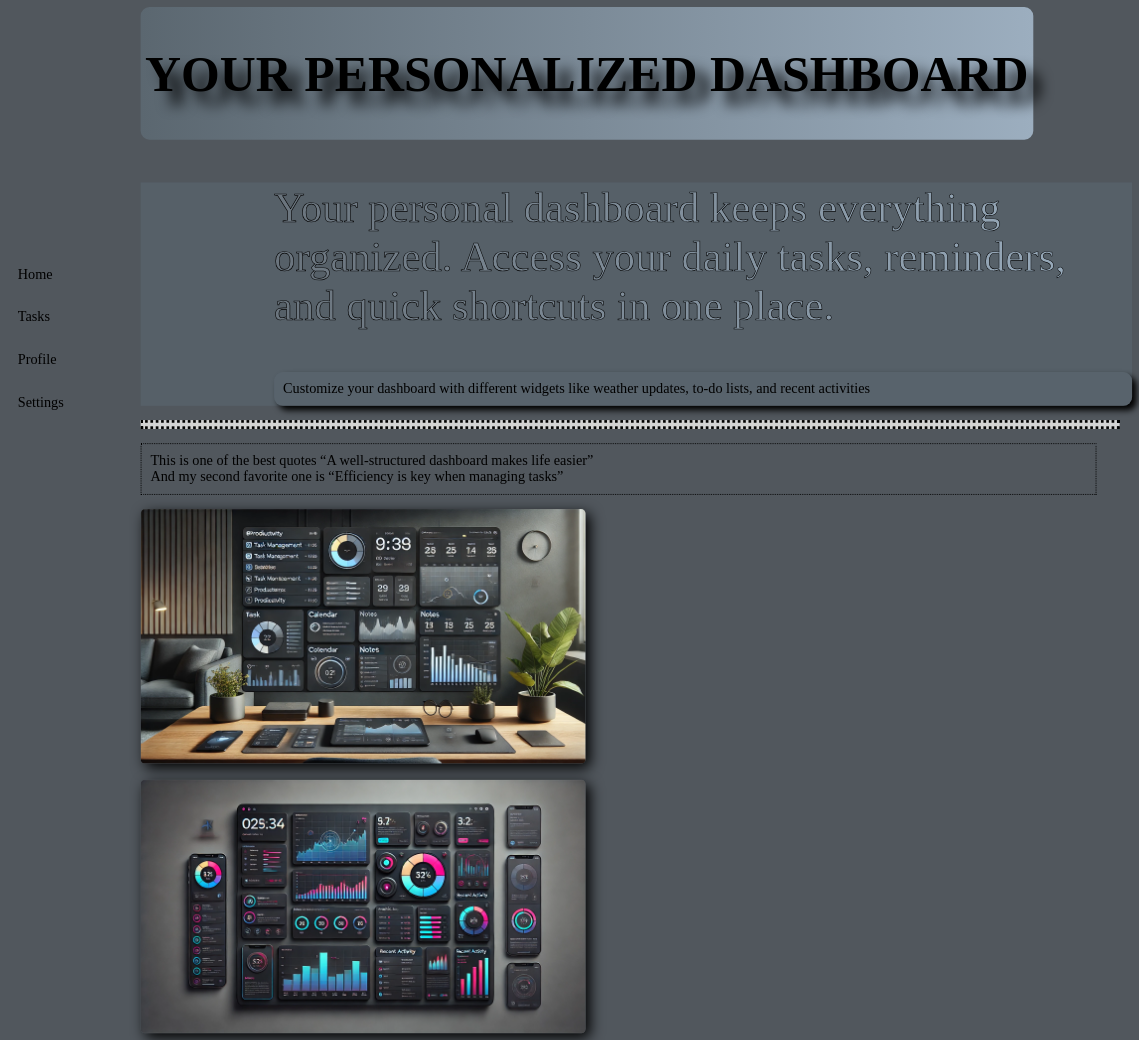
Repository: Parnicoza/testecomplete
Page: testcomplet-14.html
An editor plug-in stored every save of this project. The page is shown before and after the next save, followed by the edit.
The browser window is 1280 px wide. The pictures show the whole page, at 89% of full size.

Above is the page before, as saved 2025-02-26 15:36:45.

After the next save:
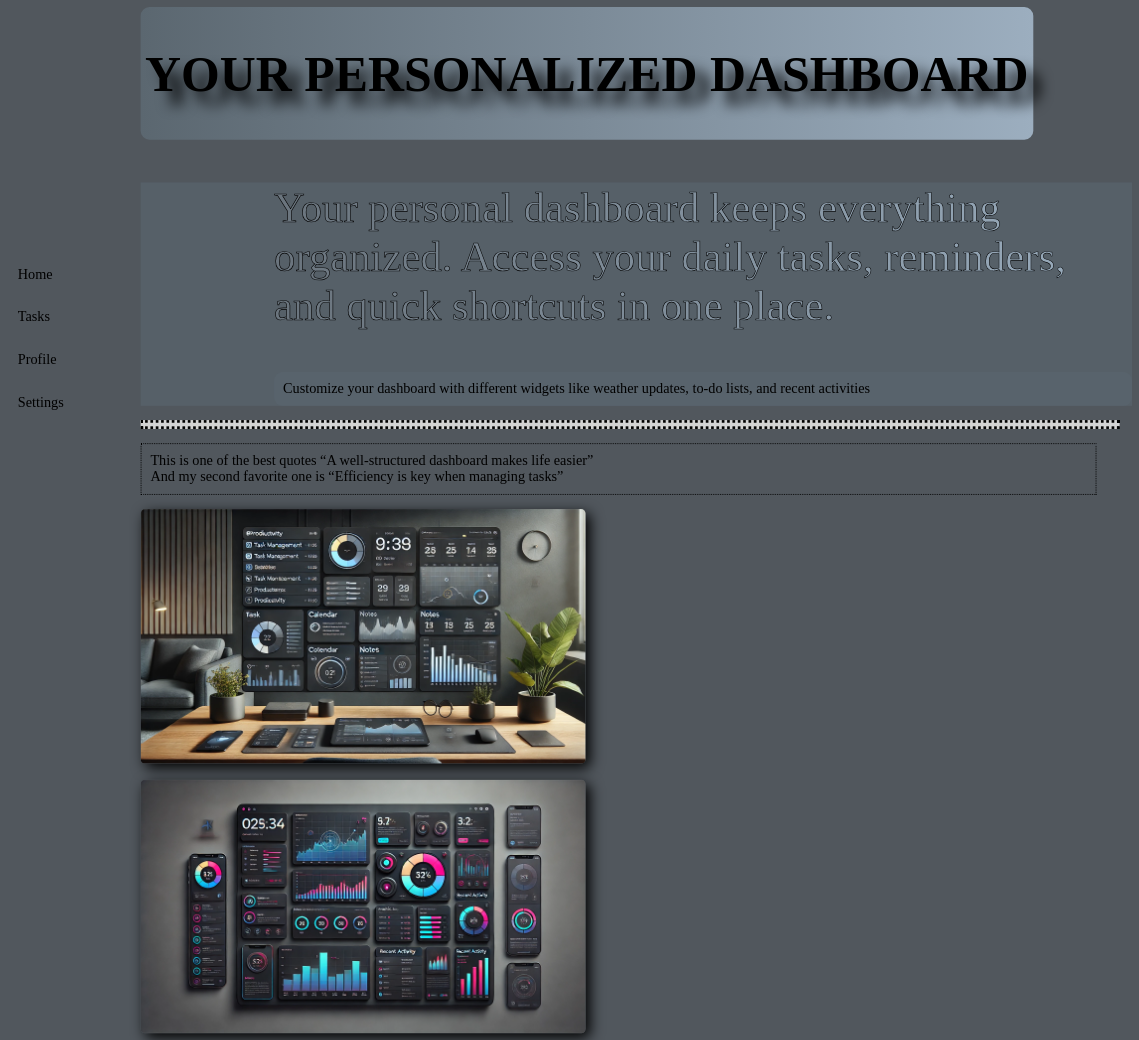
Saved 33 s later.
--- a/stilizaretestcomplet-14.css
+++ b/stilizaretestcomplet-14.css
@@ -35,7 +35,6 @@ body{
 
 .semi-transparent-background{
     background-color: rgba(91, 103, 112, 0.6);
-    box-shadow: 5px 5px 7px black;
     border-radius: 10px;
     padding: 10px;
     color: black;
